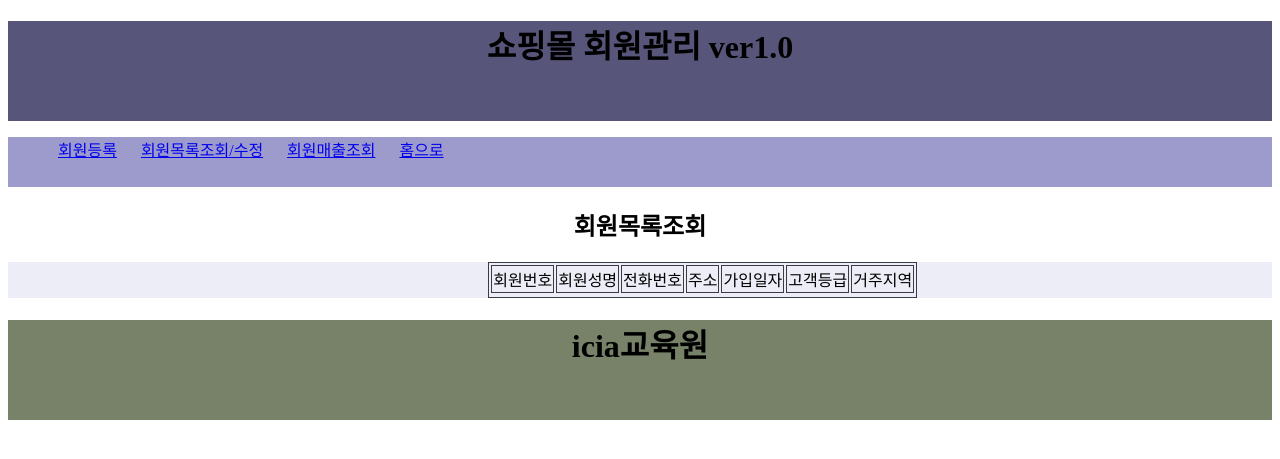
Repository: Kim-seongjun/javastudy2
Page: http://localhost/back_end_test/memberlist
An editor plug-in stored every save of this project. The page is shown before and after the next save, followed by the edit.
The browser window is 1280 px wide. The pictures show the whole page.
The page is served by Tomcat 9.

Above is the page before, as saved 2020-01-22 07:14:53.

After the next save:
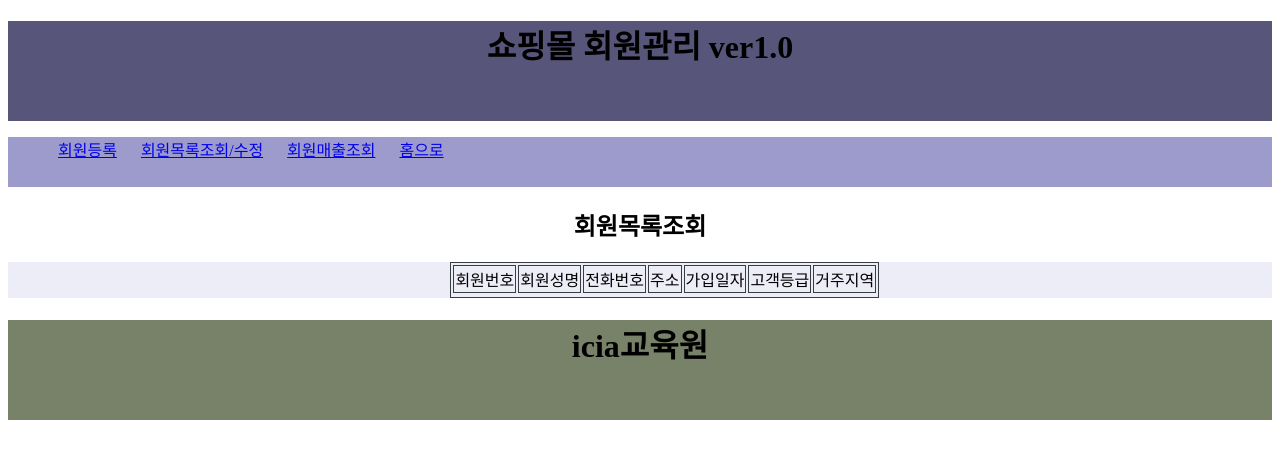
Saved 8 s later.
--- a/back_end_test/WebContent/memberlist.jsp
+++ b/back_end_test/WebContent/memberlist.jsp
@@ -26,7 +26,7 @@
 table {
 	border: 1px solid #373D40;
 	text-align: center;
-	margin-left: 38%;
+	margin-left: 35%;
 }
 
 tr td {
